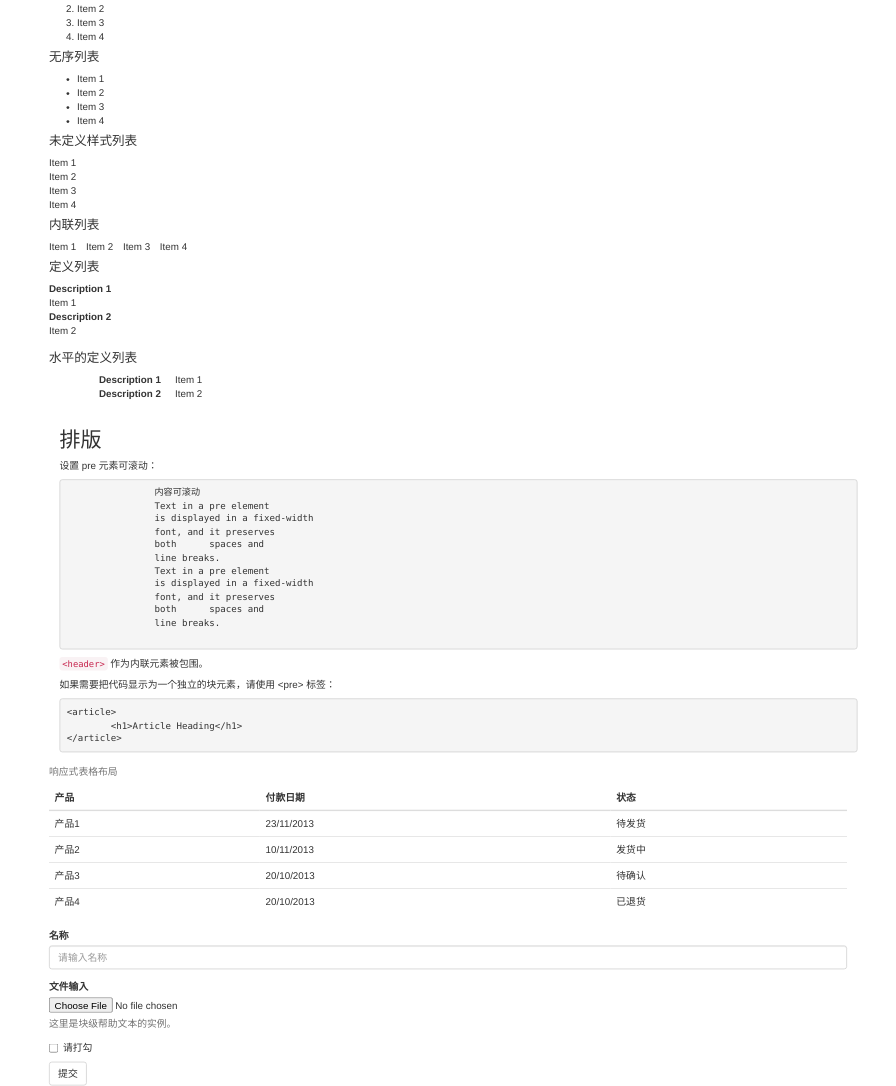
Repository: SnugHAN/eshop_real
Page: eshop_han/gg_shop/WebContent/test.html
These files come from the project's save history. The page is drawn as it stood at one moment and after the next save; the edit follows.
The browser window is 1280 px wide. The pictures show the part of the page from y = 1074 to 2994 px (the page is 2625 px tall before and 2994 px after), at 70% of full size.

Above is the page before, as saved 2017-05-26 08:50:07.
Console error (its wording comes from the project's code and is left out).

### eshop_han/gg_shop/WebContent/test.html
<!DOCTYPE html>
<html>
<head>
   <meta charset="utf-8">
   <meta name="viewport" content="width=deceive-width,
                                  initial-scale=1.0,
                                  maxmum-scale=1.0,
                                  user-scalable=no


   ">
   <title>测试一下bootstrap好用不</title>
  <link rel="stylesheet" href="bootstrap-3.3.7-dist/css/bootstrap.min.css">
  <link rel="stylesheeet" href="css/login.css">
   <script src="bootstrap-3.3.7-dist/js/bootstrap.min.js"></script>

</head>
<body>
    <div class="container">
    <h1>Hello, world!</h1>

    <div class="row">
        <div class="col-md-6"  style="background-color: #dedef8; box-shadow: inset 1px -1px 1px #444, inset -1px 1px 1px #444;">
            <p>Lorem ipsum dolor sit amet, consectetur adipisicing elit, sed do
            eiusmod tempor incididunt ut labore et dolore magna aliqua. Ut
            enim ad minim veniam, quis nostrud exercitation ullamco laboris
            nisi ut aliquip ex ea commodo consequat.
            </p>

            <p>Sed ut perspiciatis unde omnis iste natus error sit voluptatem
            accusantium doloremque laudantium, totam rem aperiam, eaque ipsa
            quae ab illo inventore veritatis et quasi architecto beatae vitae
            dicta sunt explicabo.
            </p>
        </div>

        <div class="col-md-6" style="background-color: #dedef8;box-shadow: inset 1px -1px 1px #444, inset -1px 1px 1px #444;">
            <p>Sed ut perspiciatis unde omnis iste natus error sit voluptatem
            accusantium doloremque laudantium.
            </p>

            <p> Neque porro quisquam est, qui dolorem ipsum quia dolor sit amet,
            consectetur, adipisci velit, sed quia non numquam eius modi
            tempora incidunt ut labore et dolore magnam aliquam quaerat
            voluptatem.
            </p>
        </div>
    </div>
    <div class="font">
    <h1>gg</h1>
    <h2>gg</h2>
    <h3>gg</h3>
    <h4>gg</h4>
    <h5>gg</h5>
    <h6>gg</h6>
    <small>gg</small>
    <em>gg</em>
    <p class="text-left">gg</p>
    <p class="text-center">gg</p>
    <p class="text-right">gg</p>
    <p class="text-warning">gg</p>
    <p class="text-success">gg</p>
    <p class="text-danger">gg</p>
    <p class="text-info">gg</p>
    <p class="text-primary">gg</p>
    </div>
    <address>
    <strong>gg.gg  inc</strong><br>
    007 street<br>
  Some City, State XXXXX<br>
  <abbr title="Phone">p:</abbr>1211211234567

    </address>
    <address>
    <strong>Full Name</strong><br>
  <a href="mailto:#">mailto@somedomain.com</a>
    </address>
    <blockquote><p>这是一个自定义的gg 这是一个自定义的gg 这是一个自定义的gg 这是一个自定义的gg 这是一个自定义的gg
    这是一个自定义的gg 这是一个自定义的gg 这是一个自定义的gg 这是一个自定义的gg 这是一个自定义的gg</p></blockquote>
<blockquote>
<small>再不学习你就gg了<cite title="Source Title">Source Title</cite></small>

</blockquote>
<blockquote class="pull-right">
<small>不学你就等着gg把<cite title="Source Title">Source Title</cite></small>
</blockquote>
<h4>有序列表</h4>
<ol>
  <li>Item 1</li>
  <li>Item 2</li>
  <li>Item 3</li>
  <li>Item 4</li>
</ol>
<h4>无序列表</h4>
<ul>
  <li>Item 1</li>
  <li>Item 2</li>
  <li>Item 3</li>
  <li>Item 4</li>
</ul>
<h4>未定义样式列表</h4>
<ul class="list-unstyled">
  <li>Item 1</li>
  <li>Item 2</li>
  <li>Item 3</li>
  <li>Item 4</li>
</ul>
<h4>内联列表</h4>
<ul class="list-inline">
  <li>Item 1</li>
  <li>Item 2</li>
  <li>Item 3</li>
  <li>Item 4</li>
</ul>
<h4>定义列表</h4>
<dl>
  <dt>Description 1</dt>
  <dd>Item 1</dd>
  <dt>Description 2</dt>
  <dd>Item 2</dd>
</dl>
<h4>水平的定义列表</h4>
<dl class="dl-horizontal">
  <dt>Description 1</dt>
  <dd>Item 1</dd>
  <dt>Description 2</dt>
  <dd>Item 2</dd>
</dl>
<div class="container">
	<h2>排版</h2>
	<p>设置 pre 元素可滚动：</p>
	<pre class="pre-scrollable">
		内容可滚动
		Text in a pre element
		is displayed in a fixed-width
		font, and it preserves
		both      spaces and
		line breaks.
		Text in a pre element
		is displayed in a fixed-width
		font, and it preserves
		both      spaces and
		line breaks.
	</pre>
	<p><code>&lt;header&gt;</code> 作为内联元素被包围。</p>
<p>如果需要把代码显示为一个独立的块元素，请使用 &lt;pre&gt; 标签：</p>
<pre>
&lt;article&gt;
	&lt;h1&gt;Article Heading&lt;/h1&gt;
&lt;/article&gt;
</pre>

</div>
<div class="table-responsive">
	<table class="table">
		<caption>响应式表格布局</caption>
		<thead>
			<tr>
				<th>产品</th>
				<th>付款日期</th>
				<th>状态</th>
			</tr>
		</thead>
		<tbody>
			<tr>
				<td>产品1</td>
				<td>23/11/2013</td>
				<td>待发货</td>
			</tr>
			<tr>
				<td>产品2</td>
				<td>10/11/2013</td>
				<td>发货中</td>
			</tr>
			<tr>
				<td>产品3</td>
				<td>20/10/2013</td>
				<td>待确认</td>
			</tr>
			<tr>
				<td>产品4</td>
				<td>20/10/2013</td>
				<td>已退货</td>
			</tr>
		</tbody>
</table>
</div>
<form role="form">
	<div class="form-group">
		<label for="name">名称</label>
		<input type="text" class="form-control" id="name"
			   placeholder="请输入名称">
	</div>
	<div class="form-group">
		<label for="inputfile">文件输入</label>
		<input type="file" id="inputfile">
		<p class="help-block">这里是块级帮助文本的实例。</p>
	</div>
	<div class="checkbox">
		<label>
			<input type="checkbox"> 请打勾
		</label>
	</div>
	<button type="submit" class="btn btn-default">提交</button>
</form>
</div>

</body>
</html>

Loaded but not shown: eshop_han/gg_shop/WebContent/bootstrap-3.3.7-dist/css/bootstrap.min.css (library); eshop_han/gg_shop/WebContent/bootstrap-3.3.7-dist/js/bootstrap.min.js (library)

After the next save:
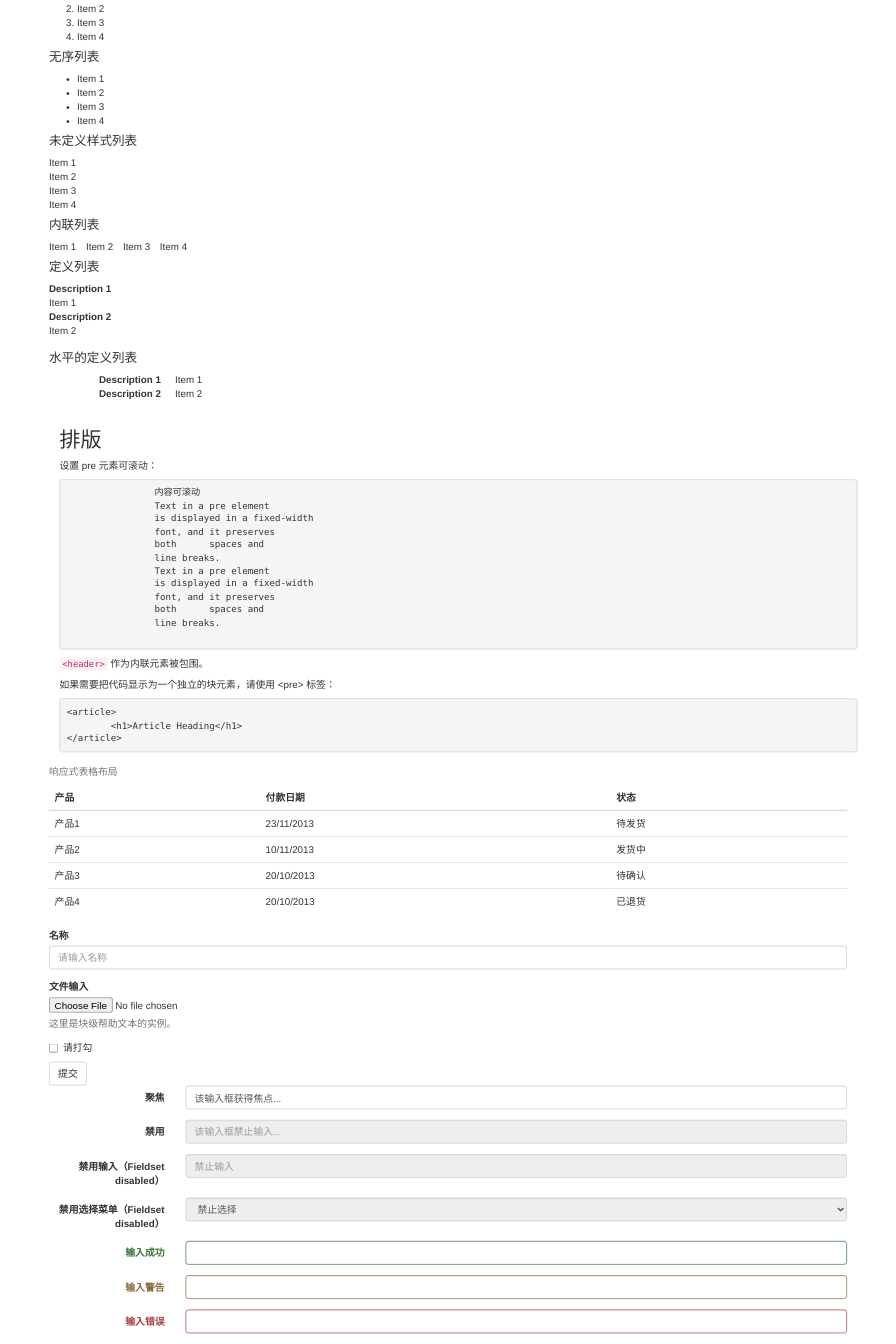
Saved 13 min 39 s later.
--- a/eshop_han/gg_shop/WebContent/test.html
+++ b/eshop_han/gg_shop/WebContent/test.html
@@ -203,6 +203,55 @@
 	</div>
 	<button type="submit" class="btn btn-default">提交</button>
 </form>
+
+<form class="form-horizontal" role="form">
+  <div class="form-group">
+    <label class="col-sm-2 control-label">聚焦</label>
+    <div class="col-sm-10">
+      <input class="form-control" id="focusedInput" type="text" value="该输入框获得焦点...">
+    </div>
+  </div>
+  <div class="form-group">
+    <label for="inputPassword" class="col-sm-2 control-label">禁用</label>
+    <div class="col-sm-10">
+      <input class="form-control" id="disabledInput" type="text" placeholder="该输入框禁止输入..." disabled>
+    </div>
+  </div>
+  <fieldset disabled>
+    <div class="form-group">
+      <label for="disabledTextInput" class="col-sm-2 control-label">禁用输入（Fieldset disabled）</label>
+      <div class="col-sm-10">
+        <input type="text" id="disabledTextInput" class="form-control" placeholder="禁止输入">
+      </div>
+    </div>
+    <div class="form-group">
+      <label for="disabledSelect" class="col-sm-2 control-label">禁用选择菜单（Fieldset disabled）</label>
+      <div class="col-sm-10">
+        <select id="disabledSelect" class="form-control">
+          <option>禁止选择</option>
+        </select>
+      </div>
+    </div>
+  </fieldset>
+  <div class="form-group has-success">
+    <label class="col-sm-2 control-label" for="inputSuccess">输入成功</label>
+    <div class="col-sm-10">
+      <input type="text" class="form-control" id="inputSuccess">
+    </div>
+  </div>
+  <div class="form-group has-warning">
+    <label class="col-sm-2 control-label" for="inputWarning">输入警告</label>
+    <div class="col-sm-10">
+      <input type="text" class="form-control" id="inputWarning">
+    </div>
+  </div>
+  <div class="form-group has-error">
+    <label class="col-sm-2 control-label" for="inputError">输入错误</label>
+    <div class="col-sm-10">
+      <input type="text" class="form-control" id="inputError">
+    </div>
+  </div>
+</form>
 </div>
 
 </body>
